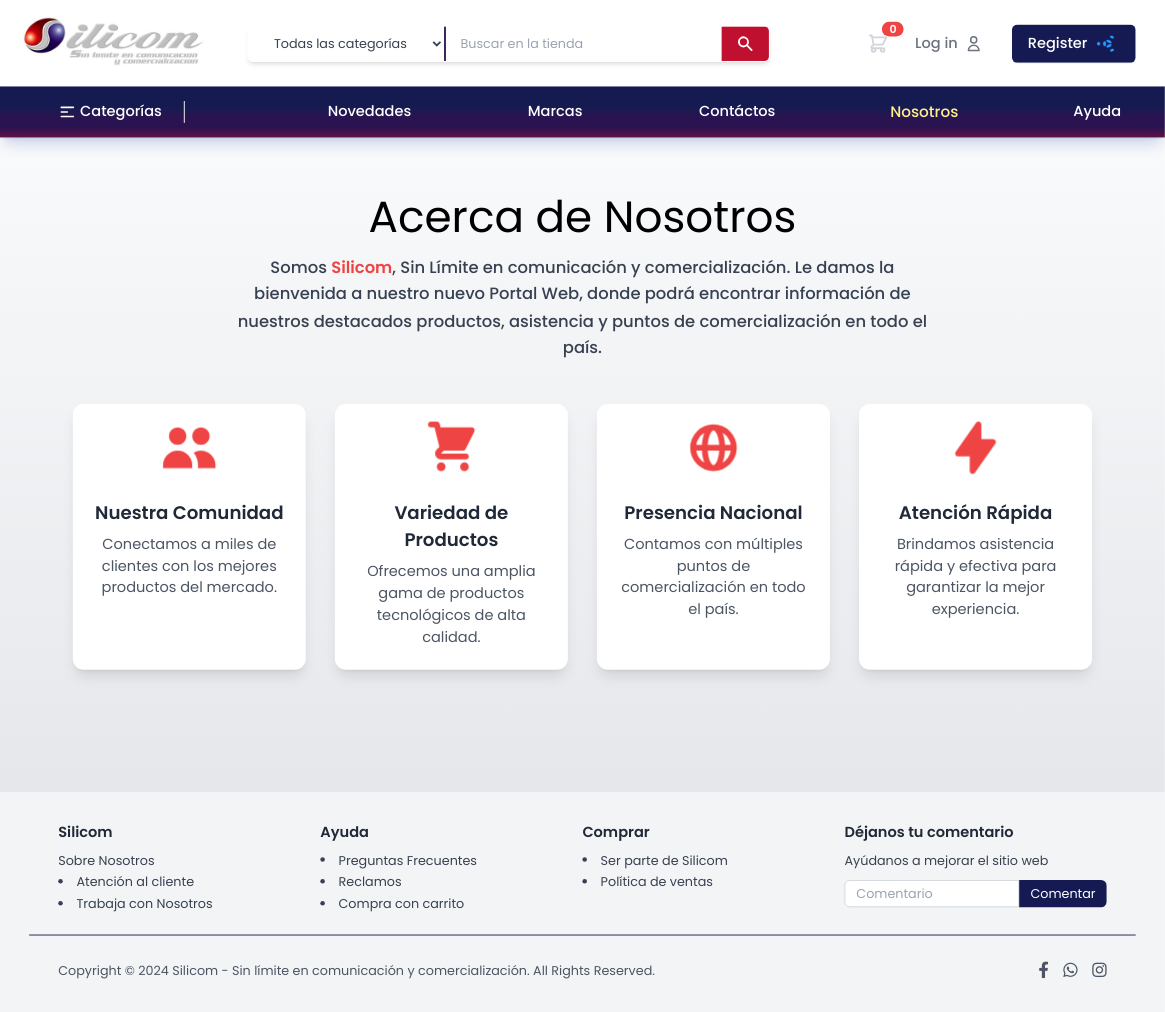
Repository: Francovg18/ecommerce
Page: /about
These files come from the project's save history. The page is drawn as it stood at one moment and after the next save; the edit follows.
The browser window is 1280 px wide. The pictures show the whole page, at 91% of full size.
The page's requests for data from a server got no answer. The project was rebuilt for these pictures with package versions that can differ from the ones it lists, and the page was loaded fresh each time. No one was signed in, and anything a server would have sent is missing. Also part of the build but not shown: src/components/home/Banner.js, src/components/home/ProductsArrival.js, src/components/home/ProductsSold.js, src/redux/actions/brands.js, src/components/home/Brand.js, src/components/home/Product.js, src/containers/Home.jsx, src/containers/errors/Error404.jsx and 40 more.

Above is the page before, as saved 2025-01-29 20:24:06.

### public/index.html
<!DOCTYPE html>
<html lang="en">
  <head>
    <meta charset="utf-8" />
    <link rel="icon" href="%PUBLIC_URL%/favicon.ico" />
    <meta name="viewport" content="width=device-width, initial-scale=1" />
    <meta name="theme-color" content="#000000" />
    <meta name="description" content="Web site created using create-react-app" />
    <link rel="apple-touch-icon" href="%PUBLIC_URL%/logo192.png" />
    <link href="https://fonts.googleapis.com/css2?family=Poppins:wght@400;500;600&display=swap" rel="stylesheet">
    <link
  rel="stylesheet"
  href="https://cdnjs.cloudflare.com/ajax/libs/font-awesome/6.0.0-beta3/css/all.min.css"
/>

    <!--
      manifest.json provides metadata used when your web app is installed on a
      user's mobile device or desktop. See https://developers.google.com/web/fundamentals/web-app-manifest/
    -->
    <link rel="manifest" href="%PUBLIC_URL%/manifest.json" />
    <!--
      Notice the use of %PUBLIC_URL% in the tags above.
      It will be replaced with the URL of the `public` folder during the build.
      Only files inside the `public` folder can be referenced from the HTML.

      Unlike "/favicon.ico" or "favicon.ico", "%PUBLIC_URL%/favicon.ico" will
      work correctly both with client-side routing and a non-root public URL.
      Learn how to configure a non-root public URL by running `npm run build`.
    -->
    <title>React App</title>
  </head>
  <body>
    <noscript>You need to enable JavaScript to run this app.</noscript>
    <div id="root"></div>
    <!--
      This HTML file is a template.
      If you open it directly in the browser, you will see an empty page.

      You can add webfonts, meta tags, or analytics to this file.
      The build step will place the bundled scripts into the <body> tag.

      To begin the development, run `npm start` or `yarn start`.
      To create a production bundle, use `npm run build` or `yarn build`.
    -->
  </body>
</html>

### src/index.js
import React from 'react';
import ReactDOM from 'react-dom/client';
import './style/index.css';
import App from './App';

const root = ReactDOM.createRoot(document.getElementById('root'));
root.render(
  <React.StrictMode>
    <App />
  </React.StrictMode>
);

### src/store.js
import { createStore, applyMiddleware } from 'redux';
import { composeWithDevTools } from '@redux-devtools/extension';
import { thunk } from 'redux-thunk';
import rootReducer from './redux/reducers';

const initialState = {};
const middleware = [thunk];
const store = createStore(
    rootReducer,
    initialState,
    composeWithDevTools(applyMiddleware(...middleware))
);

export default store;

### src/containers/pages/About.jsx
import React from 'react';
import Layout from '../../hocs/Layout';
import { UsersIcon, ShoppingCartIcon, GlobeAltIcon, LightningBoltIcon } from '@heroicons/react/solid';

function About() {
  return (
    <Layout>
      <div className="bg-gradient-to-b from-gray-50 to-gray-200 min-h-screen py-16 px-6 sm:px-12 lg:px-20">
        <div className="text-center max-w-3xl mx-auto">
          <h1 className="text-5xl">
            Acerca de Nosotros
          </h1>
          <p className="mt-4 text-lg text-gray-700 font-medium leading-relaxed animate-fade-in">
            Somos <span className="text-red-500 font-bold">Silicom</span>, Sin Límite en comunicación y comercialización. Le damos la bienvenida a nuestro nuevo Portal Web,
            donde podrá encontrar información de nuestros destacados productos, asistencia y puntos de comercialización en todo el país.
          </p>
        </div>

        <div className="mt-12 grid grid-cols-1 md:grid-cols-2 lg:grid-cols-4 gap-8">
          {[
            { icon: UsersIcon, title: "Nuestra Comunidad", text: "Conectamos a miles de clientes con los mejores productos del mercado." },
            { icon: ShoppingCartIcon, title: "Variedad de Productos", text: "Ofrecemos una amplia gama de productos tecnológicos de alta calidad." },
            { icon: GlobeAltIcon, title: "Presencia Nacional", text: "Contamos con múltiples puntos de comercialización en todo el país." },
            { icon: LightningBoltIcon, title: "Atención Rápida", text: "Brindamos asistencia rápida y efectiva para garantizar la mejor experiencia." }
          ].map((item, index) => (
            <div key={index} className="bg-white p-6 rounded-xl shadow-lg text-center transition-transform transform hover:scale-105 hover:shadow-2xl">
              <item.icon className="w-16 h-16 text-red-500 mx-auto animate-bounce" />
              <h3 className="text-xl font-semibold mt-4 text-gray-800">{item.title}</h3>
              <p className="text-gray-600 mt-2">{item.text}</p>
            </div>
          ))}
        </div>
      </div>
    </Layout>
  );
}

export default About;

### src/redux/reducers/index.js
import { combineReducers } from 'redux';
import Auth from './auth';
import Alert from './alert';
import Categories from './categories';
import Products from './products';
import Cart from './cart';
import Shipping from './shipping'
import Payment from './payment';
import Orders from './orders';
import Coupons from './coupons';
import Profile from './profile';
import Wishlist from './wishlist';
import Reviews from './reviews';
import Brands from './brands';
export default combineReducers({
    Auth,
    Alert,
    Categories,
    Products,
    Cart,
    Shipping,
    Payment,
    Orders,
    Coupons,
    Profile,
    Wishlist,
    Reviews,
    Brands
})

### src/hocs/Layout.js
import { ToastContainer } from 'react-toastify';
import 'react-toastify/dist/ReactToastify.css';
import { check_authenticated, load_user, refresh } from '../redux/actions/auth';
import {
    get_items,
    get_total,
    get_item_total
} from "../redux/actions/cart";

import {
    get_user_profile
} from "../redux/actions/profile";

import { useEffect } from 'react';
import { connect } from 'react-redux';
import Navbar from '../components/navigation/Navbar';
import Footer from '../components/navigation/Footer';

const Layout = (props) => {

    useEffect(() => {
        props.refresh()
        props.check_authenticated()
        props.load_user()
        props.get_items()
        props.get_total()
        props.get_item_total()
        props.get_user_profile()
    }, []);

    return(
        <div>
            <Navbar/>
            <ToastContainer autoClose={5000} />
            {props.children}
            <Footer/>
        </div>
    )
}


export default connect(null, {
    check_authenticated,
    load_user,
    refresh,
    get_items,
    get_total,
    get_item_total,
    get_user_profile
}) (Layout)

### src/redux/actions/categories.js
import axios from 'axios';
import {
    GET_CATEGORIES_SUCCESS,
    GET_CATEGORIES_FAIL,
} from './types';

export const get_categories = () => async dispatch => {
    const config = {
        headers: {
            'Accept': 'application/json'
        }
    };

    try {
        const res = await axios.get(`${process.env.REACT_APP_API_URL}/api/category/categories`, config);

        if (res.status >= 200 && res.status < 300) {
            dispatch({
                type: GET_CATEGORIES_SUCCESS,
                payload: res.data
            });
        } else {
            console.error('Error: Unexpected response status', res.status);
            dispatch({
                type: GET_CATEGORIES_FAIL
            });
        }
    } catch (err) {
        console.error('Error fetching categories:', err.message);
        dispatch({
            type: GET_CATEGORIES_FAIL
        });
    }
};

### src/redux/actions/alert.js
import{
    SET_ALERT,
    REMOVE_ALERT,
} from './types';

export const setAlert = (msg, alertType, timeout = 5000) => dispatch =>{
    dispatch({
        type: SET_ALERT,
        payload: {msg, alertType}
    });
    setTimeout(() => dispatch({ type: REMOVE_ALERT }), timeout);
}

### src/redux/reducers/alert.js
import {
    SET_ALERT,
    REMOVE_ALERT,
} from '../actions/types';

const initialState = {
    alert: null
};

export default function Alert(state = initialState, action) {
    const { type, payload } = action;

    switch(type) {
        case SET_ALERT:
            return {
                ...state,
                alert: payload
            };
        case REMOVE_ALERT:
            return {
                ...state,
                alert: null
            }
        default:
            return state
    };
}

### src/redux/reducers/categories.js
import {
    GET_CATEGORIES_SUCCESS,
    GET_CATEGORIES_FAIL
} from '../actions/types';

const initialState = {
    categories: null
};

export default function Categories(state = initialState, action) {
    const { type, payload } = action;

    switch(type) {
        case GET_CATEGORIES_SUCCESS:
            return {
                ...state,
                categories: payload.categories
            }
        case GET_CATEGORIES_FAIL:
            return {
                ...state,
                categories: null
            }
        default:
            return state
    }
}

### src/redux/reducers/shipping.js
import {
    GET_SHIPPING_OPTIONS_SUCCESS,
    GET_SHIPPING_OPTIONS_FAIL
} from '../actions/types';

const initialState = {
    shipping: null,
};

export default function Shipping(state = initialState, action) {
    const { type, payload } = action;

    switch(type) {
        case GET_SHIPPING_OPTIONS_SUCCESS:
            return {
                ...state,
                shipping: payload.shipping_options
            }
        case GET_SHIPPING_OPTIONS_FAIL:
            return {
                ...state,
                shipping: null
            }
        default:
            return state;
    }
};

### src/redux/reducers/orders.js
import {
    GET_ORDERS_SUCCESS,
    GET_ORDERS_FAIL,
    GET_ORDER_DETAIL_SUCCESS,
    GET_ORDER_DETAIL_FAIL
} from '../actions/types';

const initialState = {
    orders: null,
    order: null
};


export default function Orders(state = initialState, action) {
    const { type, payload } = action;

    switch(type) {
        case GET_ORDERS_SUCCESS:
            return {
                ...state,
                orders: payload.orders
            }
        case GET_ORDERS_FAIL:
            return {
                ...state,
                orders: []
            }
        case GET_ORDER_DETAIL_SUCCESS:
            return {
                ...state,
                order: payload.order
            }
        case GET_ORDER_DETAIL_FAIL:
            return {
                ...state,
                order: {}
            }
        default:
            return state;
    }
}

### src/redux/reducers/coupons.js
import {
    GET_COUPON_SUCCESS,
    GET_COUPON_FAIL,
} from '../actions/types';

const initialState = {
    coupon: null
};


export default function Coupons(state = initialState, action) {
    const { type, payload } = action;

    switch(type) {
        case GET_COUPON_SUCCESS:
            return {
                ...state,
                coupon: payload.coupon
            }
        case GET_COUPON_FAIL:
            return {
                ...state,
                coupon: null
            }
        default:
            return state;
    }
}

### src/redux/reducers/profile.js
import {
    GET_USER_PROFILE_SUCCESS,
    GET_USER_PROFILE_FAIL,
    UPDATE_USER_PROFILE_SUCCESS,
    UPDATE_USER_PROFILE_FAIL
} from '../actions/types';

const initialState = {
    profile: null
};

export default function Profile(state = initialState, action) {
    const { type, payload } = action;

    switch(type) {
        case GET_USER_PROFILE_SUCCESS:
            return {
                ...state,
                profile: payload.profile
            }
        case GET_USER_PROFILE_FAIL:
            return {
                ...state
            }
        case UPDATE_USER_PROFILE_SUCCESS:
            return {
                ...state,
                profile: payload.profile
            }
        case UPDATE_USER_PROFILE_FAIL:
            return {
                ...state
            }
        default:
            return state
    }
}

### src/redux/reducers/wishlist.js
import {
    GET_WISHLIST_ITEMS_SUCCESS,
    GET_WISHLIST_ITEMS_FAIL,
    ADD_WISHLIST_ITEM_SUCCESS,
    ADD_WISHLIST_ITEM_FAIL,
    GET_WISHLIST_ITEM_TOTAL_SUCCESS,
    GET_WISHLIST_ITEM_TOTAL_FAIL,
    REMOVE_WISHLIST_ITEM_SUCCESS,
    REMOVE_WISHLIST_ITEM_FAIL,
    CLEAR_WISHLIST,
} from '../actions/types';

const initialState = {
    items: null,
    total_items: 0
};

export default function Wishlist(state = initialState, action) {
    const { type, payload } = action;

    switch(type) {
        case GET_WISHLIST_ITEMS_SUCCESS:
            return {
                ...state,
                items: payload.wishlist
            }
        case GET_WISHLIST_ITEMS_FAIL:
            return {
                ...state,
            }
        case ADD_WISHLIST_ITEM_SUCCESS:
            return {
                ...state,
                items: payload.wishlist
            }
        case ADD_WISHLIST_ITEM_FAIL:
            return {
                ...state,
            }
        case GET_WISHLIST_ITEM_TOTAL_SUCCESS:
            return {
                ...state,
                total_items: payload.total_items
            }
        case GET_WISHLIST_ITEM_TOTAL_FAIL:
            return {
                ...state
            }
            case REMOVE_WISHLIST_ITEM_SUCCESS:
                return {
                    ...state,
                    items: state.items.filter(item => item.product_id !== payload)
                }

        case REMOVE_WISHLIST_ITEM_FAIL:
            return {
                ...state
            }
        case CLEAR_WISHLIST:
            return {
                ...state,
                items: [],
                total_items: 0
            }
        default:
            return state
    }
}

### src/redux/reducers/reviews.js
import {
    GET_REVIEWS_SUCCESS,
    GET_REVIEWS_FAIL,
    GET_REVIEW_SUCCESS,
    GET_REVIEW_FAIL,
    CREATE_REVIEW_SUCCESS,
    CREATE_REVIEW_FAIL,
    UPDATE_REVIEW_SUCCESS,
    UPDATE_REVIEW_FAIL,
    DELETE_REVIEW_SUCCESS,
    DELETE_REVIEW_FAIL,
    FILTER_REVIEWS_SUCCESS,
    FILTER_REVIEWS_FAIL,
} from '../actions/types';

const intitialState = {
    review: null,
    reviews: null
};

export default function Reviews(state = intitialState, action) {
    const { type, payload } = action;

    switch(type) {
        case GET_REVIEWS_SUCCESS:
            return {
                ...state,
                reviews: payload.reviews
            }
        case GET_REVIEWS_FAIL:
            return {
                ...state,
                reviews: []
            }
        case GET_REVIEW_SUCCESS:
            return {
                ...state,
                review: payload.review
            }
        case GET_REVIEW_FAIL:
            return {
                ...state,
                review: {}
            }
        case CREATE_REVIEW_SUCCESS:
            return {
                ...state,
                review: payload.review,
                reviews: payload.reviews
            }
        case CREATE_REVIEW_FAIL:
            return {
                ...state,
                review: {}
            }
        case UPDATE_REVIEW_SUCCESS:
            return {
                ...state,
                review: payload.review,
                reviews: payload.reviews
            }
        case UPDATE_REVIEW_FAIL:
            return {
                ...state
            }
        case DELETE_REVIEW_SUCCESS:
            return {
                ...state,
                review: {},
                reviews: payload.reviews
            }
        case DELETE_REVIEW_FAIL:
            return {
                ...state
            }
        case FILTER_REVIEWS_SUCCESS:
            return {
                ...state,
                reviews: payload.reviews
            }
        case FILTER_REVIEWS_FAIL:
            return {
                ...state
            }
        default:
            return state
    }


}

### src/redux/reducers/brands.js
import {
    GET_BRANDS_SUCCESS,
    GET_BRANDS_FAIL
} from '../actions/types';

const initialState = {
    brands: null
};

export default function Brands(state = initialState, action) {
    const { type, payload } = action;

    switch (type) {
        case GET_BRANDS_SUCCESS:
            return {
                ...state,
                brands: payload.brands // Ajusta si `payload` tiene otra estructura
            };
        case GET_BRANDS_FAIL:
            return {
                ...state,
                brands: null
            };
        default:
            return state;
    }
}

### src/components/alert.js
import {Fragment} from 'react'
import {connect} from 'react-redux'

import { CheckCircleIcon } from '@heroicons/react/solid'

function Alert ({ alert }) {

    const displayAlert = () => {
        if (alert !== null){
            return (
                <div className={`rounded-md bg-${alert.alertType}-50 p-4`}>
                <div className="flex">
                    <div className="flex-shrink-0">
                    <CheckCircleIcon className={`h-5 w-5 text-${alert.alertType}-400`} aria-hidden="true" />
                    </div>
                    <div className="ml-3">
                    <p className={`text-sm font-medium text-${alert.alertType}-800`}>{alert.msg}</p>
                    </div>
                </div>
                </div>
            )
        } else {
            return(
                <Fragment></Fragment>
            )
        }
    }

    return (
        <Fragment>
            {displayAlert()}
        </Fragment>
    )
}

const mapStateToProps = state => ({
    alert: state.Alert.alert
})

export default connect(mapStateToProps)(Alert)

### src/components/navigation/SearchBox.js
import { SearchIcon } from '@heroicons/react/solid';

const SearchBox = ({ categories, search, onChange, onSubmit }) => {
  return (
    <form
      onSubmit={(e) => onSubmit(e)}
      className="flex items-center border border-white rounded-md shadow-md overflow-hidden w-full max-w-3xl mx-auto"
    >
      {/* Dropdown de categorías (visible solo en pantallas grandes) */}
      <div className="hidden lg:block relative">
        <select
          onChange={(e) => onChange(e)}
          name="category_id"
          className="h-full text-sm text-gray-700 bg-white border-r-2 border-purple-night px-6 py-2 outline-none focus:ring-deep-rose"
        >
          <option value={0}>Todas las categorías</option>
          {categories &&
            categories.map((category, index) => (
              <option key={index} value={category.id}>
                {category.name}
              </option>
            ))}
        </select>
      </div>

      {/* Campo de búsqueda */}
      <input
        type="search"
        name="search"
        onChange={(e) => onChange(e)}
        value={search}
        required
        className="flex-grow text-sm text-gray-700 bg-white px-4 py-2 outline-none focus:ring-purple-night focus:border-crimson-red w-full"
        placeholder="Buscar en la tienda"
      />

      {/* Botón de envío */}
      <button
        type="submit"
        className="flex items-center justify-center h-full bg-crimson-red hover:bg-deep-rose text-white px-4 py-2"
      >
        <SearchIcon className="h-5 w-5" aria-hidden="true" />
      </button>
    </form>
  );
};

export default SearchBox;

### tailwind.config.js
/** @type {import('tailwindcss').Config} */
module.exports = {
  content: [
    "./src/**/*.{js,jsx,ts,tsx}",
  ],
  theme: {
    extend: {
      colors: {
        "midnight-blue": '#151b52',
        "purple-night": '#2A1350',
        "crimson-red": '#C0102F',
        "deep-rose": '#8D113B',
        "dark-burgundy": '#751240',
        "royal-purple": '#5D1245',
      },
      backgroundImage: {
        'custom-gradient': 'linear-gradient(to bottom, #151b52, #151b50, #151b50, #2A1351, #2A1351, #5D1245)',
      },
      fontFamily: {
        sans: ['Poppins', 'sans-serif'],
      },
      keyframes: {
        'gradient-x': {
          '0%, 100%': { backgroundPosition: '0% 50%' },
          '50%': { backgroundPosition: '100% 50%' },
        },
      },
      animation: {
        'gradient-x': 'gradient-x 8s ease infinite',
      },
      boxShadow: {
        navbar: "0px 4px 20px 6px rgba(28, 105, 192, 0.85), 0 1px 2px -1px rgba(3, 3, 4, 0.03)",
        menuHover: "0px 6px 15px 3px rgba(0, 0, 0, 0.15)",
      },
      fontSize: {
        'xl': '1.25rem',
        '2xl': '1.5rem',
      },
    },
  },
  plugins: [
    function({ addUtilities }) {
      const extendUnderline = {
        '.underline': {
          textDecoration: 'underline',
          textDecorationColor: '#121740',
        },
      };
      addUtilities(extendUnderline);
    },
  ],
};

Loaded but not shown: src/style/index.css (common file); src/components/navigation/Navbar.js (476 lines, source omitted); src/redux/actions/cart.js (399 lines, source omitted); src/redux/actions/auth.js (387 lines, source omitted); src/redux/actions/types.js (136 lines, source omitted); src/redux/actions/products.js (256 lines, source omitted); src/redux/reducers/cart.js (158 lines, source omitted); src/redux/reducers/products.js (118 lines, source omitted); src/App.js (79 lines, source omitted); src/components/navigation/Footer.js (81 lines, source omitted); src/redux/reducers/auth.js (113 lines, source omitted); src/redux/actions/profile.js (91 lines, source omitted); src/redux/reducers/payment.js (89 lines, source omitted)

After the next save:
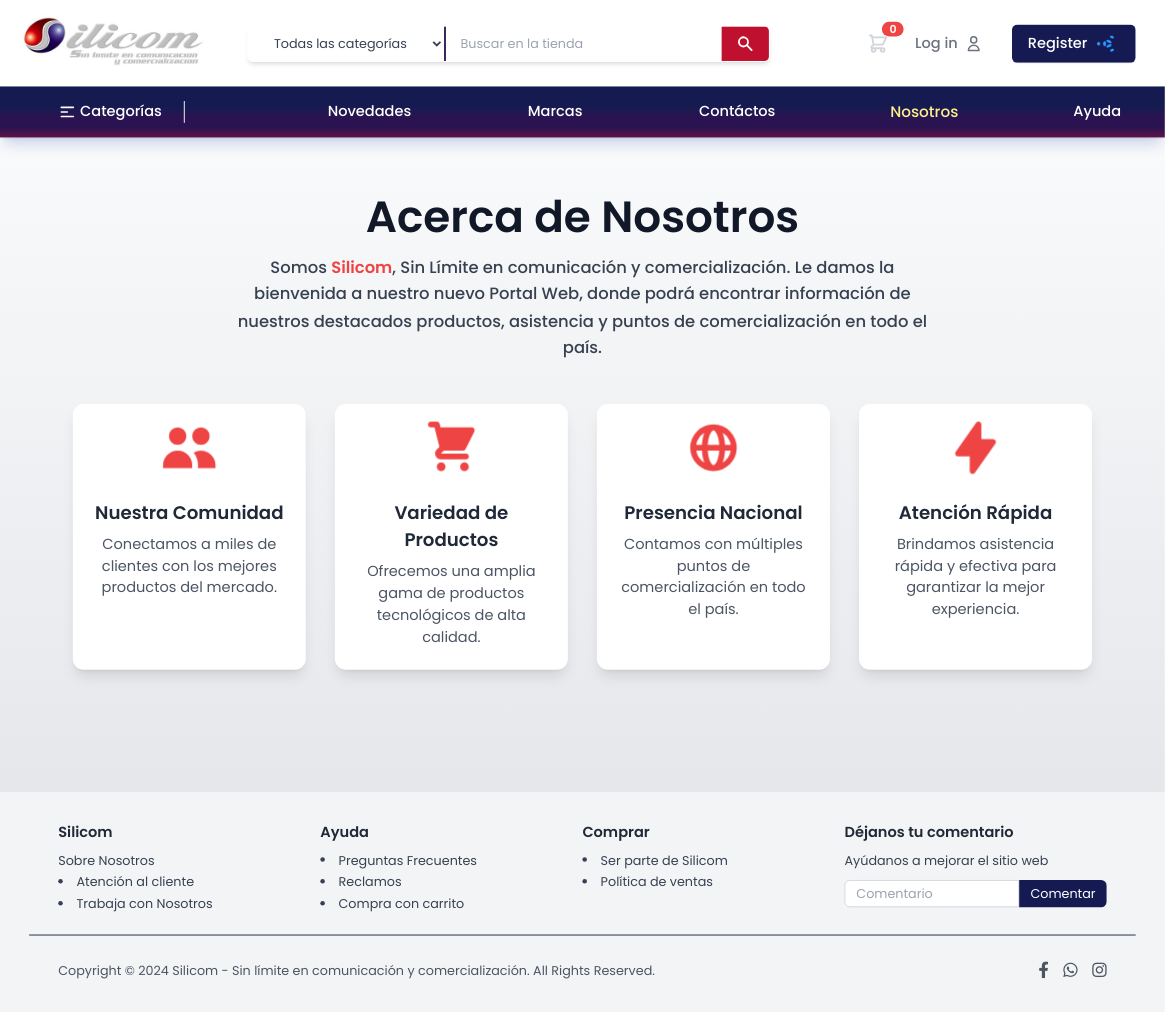
Saved 66 s later.
--- a/src/containers/pages/About.jsx
+++ b/src/containers/pages/About.jsx
@@ -7,9 +7,7 @@ function About() {
     <Layout>
       <div className="bg-gradient-to-b from-gray-50 to-gray-200 min-h-screen py-16 px-6 sm:px-12 lg:px-20">
         <div className="text-center max-w-3xl mx-auto">
-          <h1 className="text-5xl">
-            Acerca de Nosotros
-          </h1>
+        <h1 className="text-5xl font-extrabold text-gray-900">Acerca de Nosotros</h1>
           <p className="mt-4 text-lg text-gray-700 font-medium leading-relaxed animate-fade-in">
             Somos <span className="text-red-500 font-bold">Silicom</span>, Sin Límite en comunicación y comercialización. Le damos la bienvenida a nuestro nuevo Portal Web,
             donde podrá encontrar información de nuestros destacados productos, asistencia y puntos de comercialización en todo el país.
